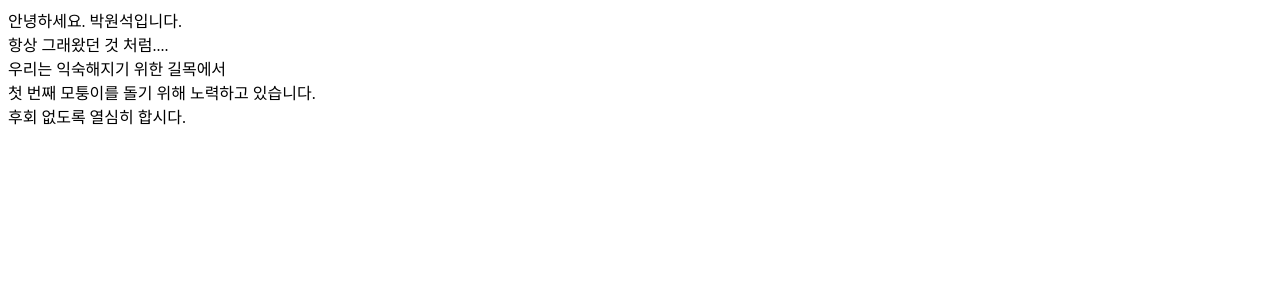
Repository: jp0301/WebStudy
Page: WebApp01/WebContent/Test001.html
These files come from the project's save history. The page is drawn as it stood at one moment and after the next save; the edit follows.
The browser window is 1280 px wide. The pictures show the whole page.

Above is the page before, as saved 2022-09-26 07:26:37.

### WebApp01/WebContent/Test001.html
<!DOCTYPE html>
<html>

<head>
<meta charset="UTF-8">
<title>Test001.html(박원석)</title>
</head>

<body>
안녕하세요. 박원석입니다.<br>

항상 그래왔던 것 처럼....<br>
우리는 익숙해지기 위한 길목에서<br>
첫 번째 모퉁이를 돌기 위해 노력하고 있습니다.<br>
후회 없도록 열심히 합시다.<br>

</body>



</html>

After the next save:
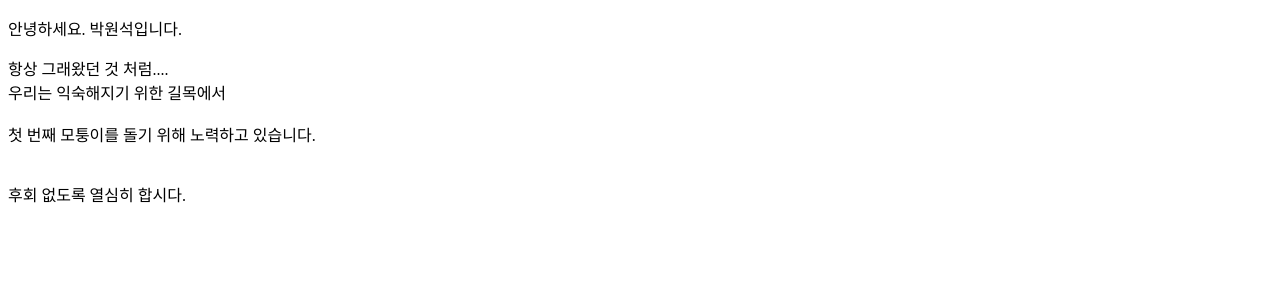
Saved 65 s later.
--- a/WebApp01/WebContent/Test001.html
+++ b/WebApp01/WebContent/Test001.html
@@ -7,12 +7,13 @@
 </head>
 
 <body>
-안녕하세요. 박원석입니다.<br>
+<!--  문단 구성 -->
+<p>안녕하세요. 박원석입니다.</p>
 
 항상 그래왔던 것 처럼....<br>
-우리는 익숙해지기 위한 길목에서<br>
-첫 번째 모퉁이를 돌기 위해 노력하고 있습니다.<br>
-후회 없도록 열심히 합시다.<br>
+우리는 익숙해지기 위한 길목에서<br><br>
+첫 번째 모퉁이를 돌기 위해 노력하고 있습니다.<br><br><br>
+후회 없도록 열심히 합시다.<br><br><br><br>
 
 </body>
 
